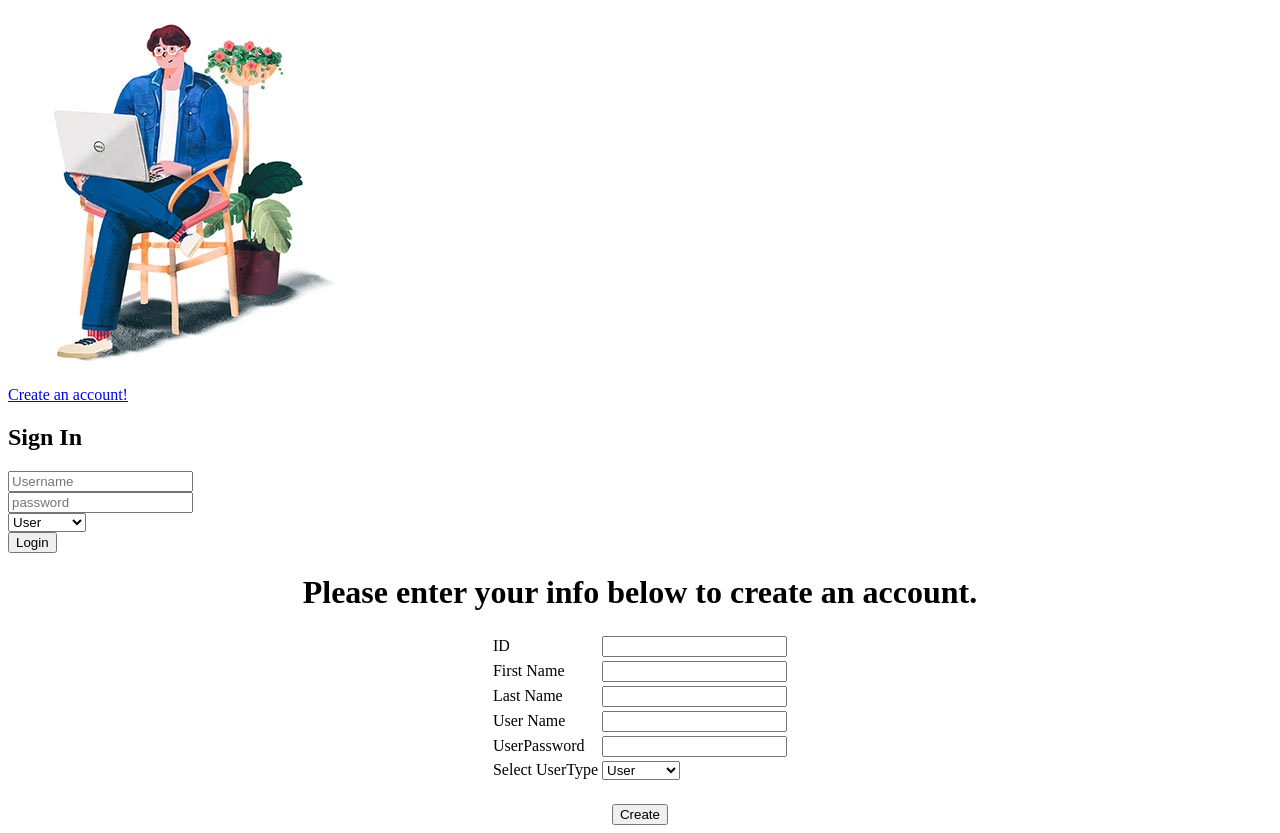
Repository: PhuongHuynh9987/Shopaholic-Ecommerce
Page: http://localhost/Shopaholic/createaccount.jsp
These files come from the project's save history. The page is drawn as it stood at one moment and after the next save; the edit follows.
The browser window is 1280 px wide. The pictures show the whole page.
The page is served by Tomcat 9.

Above is the page before, as saved 2024-01-19 23:07:11.

After the next save:
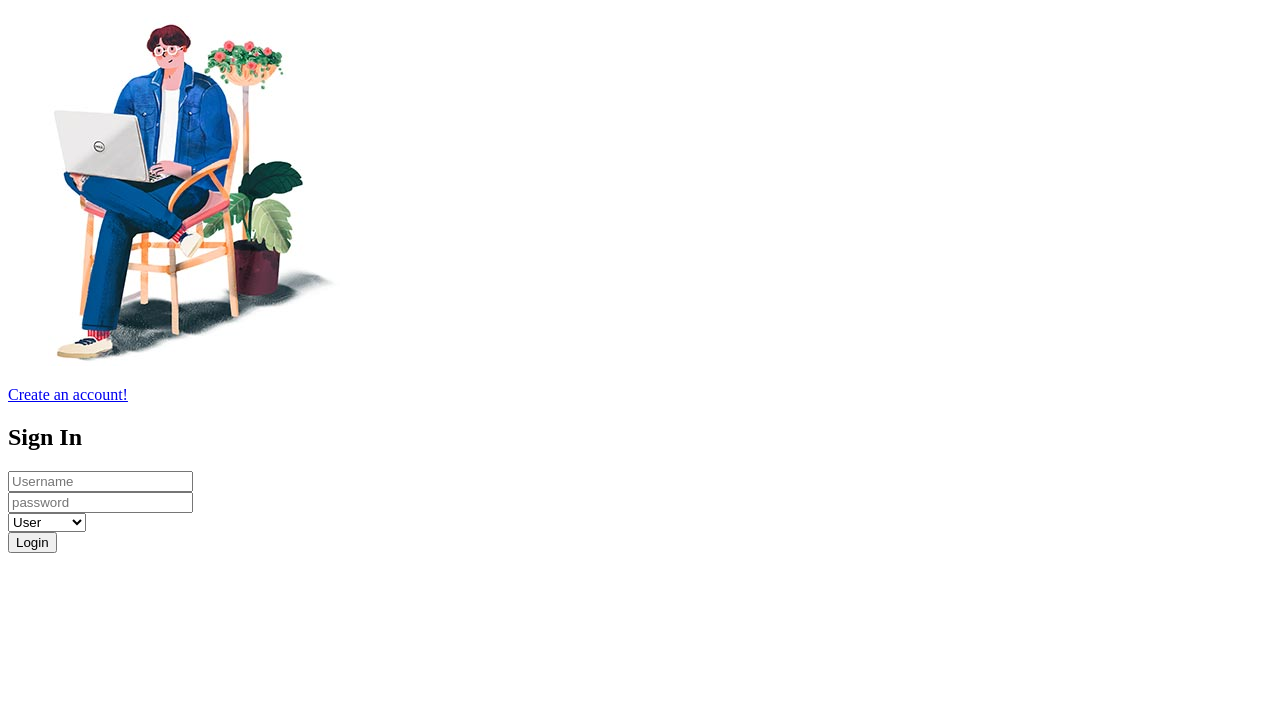
Saved 33 s later.
--- a/Shopaholic/src/main/webapp/createaccount.jsp
+++ b/Shopaholic/src/main/webapp/createaccount.jsp
@@ -9,7 +9,7 @@
 <body>
 
 	<div class = 'main'>
-		<section class = "sign-in">
+		<section class = "sign-up">
 			<div class = "container">
 				<div class = "signin-content">
 					<div class = "signin-image">
@@ -66,7 +66,7 @@
 		</section>
 	</div>
 
-	<div align="center">
+	<!-- <div align="center">
 		<h1>Please enter your info below to create an account.</h1>
 		<form action="SignUpServlet" method="POST">
 			<table style="with: 80%">
@@ -100,6 +100,6 @@
 			<h1></h1>
 			<input type="submit" value="Create"/>
 		</form>
-	</div>
+	</div> -->
 </body>
 </html>
